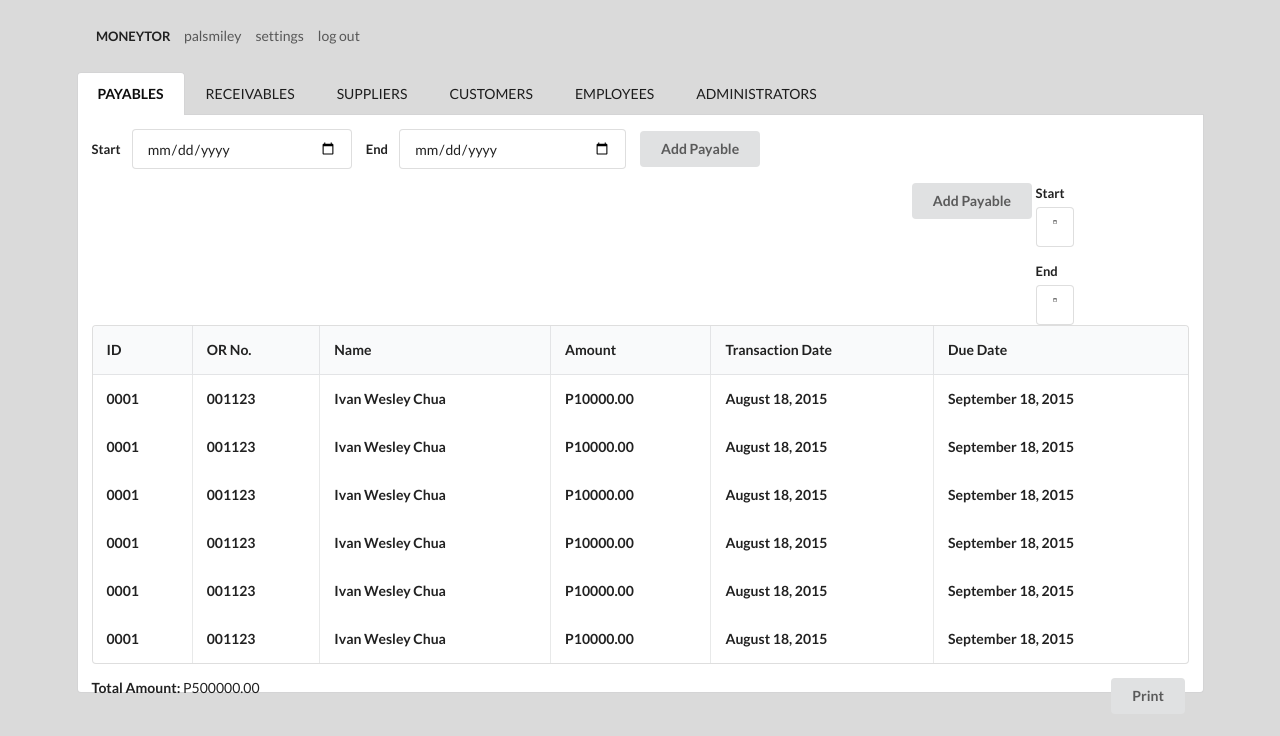
Repository: TV5/MoneyTor
Page: Workspace/MoneyTor/war/main.html
An editor plug-in stored every save of this project. The page is shown before and after the next save, followed by the edit.
The browser window is 1280 px wide. The pictures show the whole page.

Above is the page before, as saved 2015-08-18 10:14:54.

### Workspace/MoneyTor/war/main.html
<!DOCTYPE html>
<html>
<head>
  <!-- Standard Meta -->
  <meta charset="utf-8" />
  <meta http-equiv="X-UA-Compatible" content="IE=edge,chrome=1" />
  <meta name="viewport" content="width=device-width, initial-scale=1.0, maximum-scale=1.0">

  <!-- Site Properities -->
  <title>Main Page</title>
  <link rel="stylesheet" type="text/css" href="../dist/components/reset.css">
  <link rel="stylesheet" type="text/css" href="../dist/components/site.css">

  <link rel="stylesheet" type="text/css" href="../dist/components/container.css">
  <link rel="stylesheet" type="text/css" href="../dist/components/grid.css">
  <link rel="stylesheet" type="text/css" href="../dist/components/header.css">
  <link rel="stylesheet" type="text/css" href="../dist/components/image.css">
  <link rel="stylesheet" type="text/css" href="../dist/components/menu.css">

  <link rel="stylesheet" type="text/css" href="../dist/components/divider.css">
  <link rel="stylesheet" type="text/css" href="../dist/components/segment.css">
  <link rel="stylesheet" type="text/css" href="../dist/components/form.css">
  <link rel="stylesheet" type="text/css" href="../dist/components/input.css">
  <link rel="stylesheet" type="text/css" href="../dist/components/button.css">
  <link rel="stylesheet" type="text/css" href="../dist/components/list.css">
  <link rel="stylesheet" type="text/css" href="../dist/components/message.css">
  <link rel="stylesheet" type="text/css" href="../dist/components/icon.css">
  <link rel="stylesheet" type="text/css" href="../dist/components/tab.min.css">
  <link rel="stylesheet" type="text/css" href="../dist/components/table.min.css">
  <script src="assets/library/jquery.min.js"></script>
  <script src="../dist/components/form.js"></script>
  <script src="../dist/components/transition.js"></script>
  <script src="../dist/components/tab.min.js"></script>

  <style type="text/css">
    body {
      background-color: #DADADA;
    }
    body > .grid {
      height: 100%;
    }
    .image {
      margin-top: -100px;
    }
    .column {
      max-width: 450px;
    }
    .firstmenu {
    	padding-left: 20px;
    	padding-right: 20px;
    	padding-top: 0px;
    }
  </style>
</head>
<body>


<div class="ui container">
	<div class="ui text menu firstmenu" width="100%">
	  <div class="header item">MONEYTOR</div>
	  <a class="item">
	    palsmiley
	  </a>
	  <a class="item">
	    settings
	  </a>
	  <a class="item" style="float:right">
	    log out
	  </a>
	</div>
	<div class="ui top attached tabular menu">
	  <a class="active item">
	    PAYABLES
	  </a>
	  <a class="item">
	    RECEIVABLES
	  </a>
	  <a class="item">
	    SUPPLIERS
	  </a>
	  <a class="item">
	    CUSTOMERS
	  </a>
	  <a class="item">
	    EMPLOYEES
	  </a>
	  <a class="item">
	    ADMINISTRATORS
	  </a>
	</div>

	<div class="ui bottom attached active tab segment">
	  <div class="ui form">
	  <div class="inline fields">
	    <div class="four wide field" style="float:left">
	      <label>Start</label>
	      <input type="date">
	    </div>
	    <div class="four wide field" style="float:left">
	      <label>End</label>
	      <input type="date">
	    </div>
	    <div class="three wide feild" style="float:right">
	      <button class="ui button">Add Payable</button>
	    </div>
	  </div>
	  </div>

	  <span>
	  <div class="ui form inline fields" style="float:right">
	  <div class="four wide field" style="float:left">
	      <label>Start</label>
	      <input type="date">
	    </div>
	    <div class="four wide field" style="float:left">
	      <label>End</label>
	      <input type="date">
	    </div>
	  </div>

	    <div class="three wide feild" style="float:right">
	      <button class="ui button">Add Payable</button>
	    </div>
	  </span>



	  <table class="ui celled padded table">
	  <thead>
	    <tr>
	    <th>ID</th>
	    <th>OR No.</th>
	    <th>Name</th>
	    <th>Amount</th>
	    <th>Transaction Date</th>
	    <th>Due Date</th>
	  	</tr>
	  </thead>
	  <tbody>
	  	<tr>
	    <th>0001</th>
	    <th>001123</th>
	    <th>Ivan Wesley Chua</th>
	    <th>P10000.00</th>
	    <th>August 18, 2015</th>
	    <th>September 18, 2015</th>
	  	</tr>
	  	<tr>
	    <th>0001</th>
	    <th>001123</th>
	    <th>Ivan Wesley Chua</th>
	    <th>P10000.00</th>
	    <th>August 18, 2015</th>
	    <th>September 18, 2015</th>
	  	</tr>
	  	<tr>
	    <th>0001</th>
	    <th>001123</th>
	    <th>Ivan Wesley Chua</th>
	    <th>P10000.00</th>
	    <th>August 18, 2015</th>
	    <th>September 18, 2015</th>
	  	</tr>
	  	<tr>
	    <th>0001</th>
	    <th>001123</th>
	    <th>Ivan Wesley Chua</th>
	    <th>P10000.00</th>
	    <th>August 18, 2015</th>
	    <th>September 18, 2015</th>
	  	</tr>
	  	<tr>
	    <th>0001</th>
	    <th>001123</th>
	    <th>Ivan Wesley Chua</th>
	    <th>P10000.00</th>
	    <th>August 18, 2015</th>
	    <th>September 18, 2015</th>
	  	</tr>
	  	<tr>
	    <th>0001</th>
	    <th>001123</th>
	    <th>Ivan Wesley Chua</th>
	    <th>P10000.00</th>
	    <th>August 18, 2015</th>
	    <th>September 18, 2015</th>
	  	</tr>
	  </tbody>
	  </table>
	<span>
	  <div class="ui bottom attached text" style="float:left"><b>Total Amount: </b> P500000.00</div>
	  <button class="ui button" style="float:right">Print</button>
	</span>
	</div>
</div>

</body>

</html>

### Workspace/MoneyTor/war/dist/components/site.css
/*!
 * # Semantic UI 2.0.8 - Site
 * http://github.com/semantic-org/semantic-ui/
 *
 *
 * Copyright 2015 Contributors
 * Released under the MIT license
 * http://opensource.org/licenses/MIT
 *
 */


/*******************************
             Page
*******************************/

@import url('https://fonts.googleapis.com/css?family=Lato:400,700,400italic,700italic&subset=latin');
html,
body {
  height: 100%;
}
html {
  font-size: 14px;
}
body {
  margin: 0px;
  padding: 0px;
  overflow-x: hidden;
  min-width: 320px;
  background: #ffffff;
  font-family: 'Lato', 'Helvetica Neue', Arial, Helvetica, sans-serif;
  font-size: 14px;
  line-height: 1.4285em;
  color: rgba(0, 0, 0, 0.87);
  font-smoothing: antialiased;
}


/*******************************
             Headers
*******************************/

h1,
h2,
h3,
h4,
h5 {
  font-family: 'Lato', 'Helvetica Neue', Arial, Helvetica, sans-serif;
  line-height: 1.2857em;
  margin: calc(2rem -  0.14285em ) 0em 1rem;
  font-weight: bold;
  padding: 0em;
}
h1 {
  min-height: 1rem;
  font-size: 2rem;
}
h2 {
  font-size: 1.714rem;
}
h3 {
  font-size: 1.28rem;
}
h4 {
  font-size: 1.071rem;
}
h5 {
  font-size: 1rem;
}
h1:first-child,
h2:first-child,
h3:first-child,
h4:first-child,
h5:first-child {
  margin-top: 0em;
}
h1:last-child,
h2:last-child,
h3:last-child,
h4:last-child,
h5:last-child {
  margin-bottom: 0em;
}


/*******************************
             Text
*******************************/

p {
  margin: 0em 0em 1em;
  line-height: 1.4285em;
}
p:first-child {
  margin-top: 0em;
}
p:last-child {
  margin-bottom: 0em;
}

/*-------------------
        Links
--------------------*/

a {
  color: #4183c4;
  text-decoration: none;
}
a:hover {
  color: #1e70bf;
  text-decoration: none;
}


/*******************************
          Highlighting
*******************************/


/* Site */
::-webkit-selection {
  background-color: #cce2ff;
  color: rgba(0, 0, 0, 0.87);
}
::-moz-selection {
  background-color: #cce2ff;
  color: rgba(0, 0, 0, 0.87);
}
::selection {
  background-color: #cce2ff;
  color: rgba(0, 0, 0, 0.87);
}

/* Form */
textarea::-webkit-selection,
input::-webkit-selection {
  background-color: rgba(100, 100, 100, 0.4);
  color: rgba(0, 0, 0, 0.87);
}
textarea::-moz-selection,
input::-moz-selection {
  background-color: rgba(100, 100, 100, 0.4);
  color: rgba(0, 0, 0, 0.87);
}
textarea::selection,
input::selection {
  background-color: rgba(100, 100, 100, 0.4);
  color: rgba(0, 0, 0, 0.87);
}


/*******************************
        Global Overrides
*******************************/



/*******************************
         Site Overrides
*******************************/

### Workspace/MoneyTor/war/dist/components/container.css
/*!
 * # Semantic UI 2.0.8 - Container
 * http://github.com/semantic-org/semantic-ui/
 *
 *
 * Copyright 2015 Contributors
 * Released under the MIT license
 * http://opensource.org/licenses/MIT
 *
 */


/*******************************
            Container
*******************************/


/* All Sizes */
.ui.container {
  display: block;
  max-width: 100% !important;
}

/* Mobile */
@media only screen and (max-width: 767px) {
  .ui.container {
    width: auto;
    margin-left: 1em !important;
    margin-right: 1em !important;
  }
  .ui.grid.container {
    width: auto !important;
  }
}

/* Tablet */
@media only screen and (min-width: 768px) and (max-width: 991px) {
  .ui.container {
    width: 723px;
    margin-left: auto !important;
    margin-right: auto !important;
  }
  .ui.grid.container {
    width: calc( 723px  +  2em ) !important;
  }
}

/* Small Monitor */
@media only screen and (min-width: 992px) and (max-width: 1199px) {
  .ui.container {
    width: 933px;
    margin-left: auto !important;
    margin-right: auto !important;
  }
  .ui.grid.container {
    width: calc( 933px  +  2em ) !important;
  }
}

/* Large Monitor */
@media only screen and (min-width: 1200px) {
  .ui.container {
    width: 1127px;
    margin-left: auto !important;
    margin-right: auto !important;
  }
  .ui.grid.container {
    width: calc( 1127px  +  2em ) !important;
  }
}


/*******************************
             Types
*******************************/


/* Text Container */
.ui.text.container {
  font-family: 'Lato', 'Helvetica Neue', Arial, Helvetica, sans-serif;
  max-width: 700px !important;
  line-height: 1.5;
}
.ui.text.container {
  font-size: 1.14285714rem;
}

/* Fluid */
.ui.fluid.container {
  width: 100%;
}


/*******************************
           Variations
*******************************/

.ui[class*="left aligned"].container {
  text-align: left;
}
.ui[class*="center aligned"].container {
  text-align: center;
}
.ui[class*="right aligned"].container {
  text-align: right;
}
.ui.justified.container {
  text-align: justify;
  -webkit-hyphens: auto;
     -moz-hyphens: auto;
      -ms-hyphens: auto;
          hyphens: auto;
}


/*******************************
         Theme Overrides
*******************************/



/*******************************
         Site Overrides
*******************************/

### Workspace/MoneyTor/war/dist/components/image.css
/*!
 * # Semantic UI 2.0.8 - Image
 * http://github.com/semantic-org/semantic-ui/
 *
 *
 * Copyright 2015 Contributors
 * Released under the MIT license
 * http://opensource.org/licenses/MIT
 *
 */


/*******************************
             Image
*******************************/

.ui.image {
  position: relative;
  display: inline-block;
  vertical-align: middle;
  max-width: 100%;
  background-color: transparent;
}
img.ui.image {
  display: block;
}
.ui.image svg,
.ui.image img {
  display: block;
  max-width: 100%;
  height: auto;
}


/*******************************
            States
*******************************/

.ui.hidden.images,
.ui.hidden.image {
  display: none;
}
.ui.disabled.images,
.ui.disabled.image {
  cursor: default;
  opacity: 0.45;
}


/*******************************
          Variations
*******************************/


/*--------------
     Inline
---------------*/

.ui.inline.image,
.ui.inline.image svg,
.ui.inline.image img {
  display: inline-block;
}

/*------------------
  Vertical Aligned
-------------------*/

.ui.top.aligned.images .image,
.ui.top.aligned.image,
.ui.top.aligned.image svg,
.ui.top.aligned.image img {
  display: inline-block;
  vertical-align: top;
}
.ui.middle.aligned.images .image,
.ui.middle.aligned.image,
.ui.middle.aligned.image svg,
.ui.middle.aligned.image img {
  display: inline-block;
  vertical-align: middle;
}
.ui.bottom.aligned.images .image,
.ui.bottom.aligned.image,
.ui.bottom.aligned.image svg,
.ui.bottom.aligned.image img {
  display: inline-block;
  vertical-align: bottom;
}

/*--------------
     Rounded
---------------*/

.ui.rounded.images .image,
.ui.rounded.image,
.ui.rounded.images .image > *,
.ui.rounded.image > * {
  border-radius: 0.3125em;
}

/*--------------
    Bordered
---------------*/

.ui.bordered.images .image,
.ui.bordered.images img,
.ui.bordered.images svg,
.ui.bordered.image img,
.ui.bordered.image svg,
img.ui.bordered.image {
  border: 1px solid rgba(0, 0, 0, 0.1);
}

/*--------------
    Circular
---------------*/

.ui.circular.images,
.ui.circular.image {
  overflow: hidden;
}
.ui.circular.images .image,
.ui.circular.image,
.ui.circular.images .image > *,
.ui.circular.image > * {
  border-radius: 500rem;
}

/*--------------
     Fluid
---------------*/

.ui.fluid.images,
.ui.fluid.image,
.ui.fluid.images img,
.ui.fluid.images svg,
.ui.fluid.image svg,
.ui.fluid.image img {
  display: block;
  width: 100%;
  height: auto;
}

/*--------------
     Avatar
---------------*/

.ui.avatar.images .image,
.ui.avatar.images img,
.ui.avatar.images svg,
.ui.avatar.image img,
.ui.avatar.image svg,
.ui.avatar.image {
  margin-right: 0.25em;
  display: inline-block;
  width: 2em;
  height: 2em;
  border-radius: 500rem;
}

/*-------------------
       Spaced
--------------------*/

.ui.spaced.image {
  display: inline-block !important;
  margin-left: 0.5em;
  margin-right: 0.5em;
}
.ui[class*="left spaced"].image {
  margin-left: 0.5em;
  margin-right: 0em;
}
.ui[class*="right spaced"].image {
  margin-left: 0em;
  margin-right: 0.5em;
}

/*-------------------
       Floated
--------------------*/

.ui.floated.image,
.ui.floated.images {
  float: left;
  margin-right: 1em;
  margin-bottom: 1em;
}
.ui.right.floated.images,
.ui.right.floated.image {
  float: right;
  margin-right: 0em;
  margin-bottom: 1em;
  margin-left: 1em;
}
.ui.floated.images:last-child,
.ui.floated.image:last-child {
  margin-bottom: 0em;
}
.ui.centered.images,
.ui.centered.image {
  margin-left: auto;
  margin-right: auto;
}

/*--------------
     Sizes
---------------*/

.ui.mini.images .image,
.ui.mini.images img,
.ui.mini.images svg,
.ui.mini.image {
  width: 35px;
  height: auto;
  font-size: 0.71428571rem;
}
.ui.tiny.images .image,
.ui.tiny.images img,
.ui.tiny.images svg,
.ui.tiny.image {
  width: 80px;
  height: auto;
  font-size: 0.85714286rem;
}
.ui.small.images .image,
.ui.small.images img,
.ui.small.images svg,
.ui.small.image {
  width: 150px;
  height: auto;
  font-size: 0.92857143rem;
}
.ui.medium.images .image,
.ui.medium.images img,
.ui.medium.images svg,
.ui.medium.image {
  width: 300px;
  height: auto;
  font-size: 1rem;
}
.ui.large.images .image,
.ui.large.images img,
.ui.large.images svg,
.ui.large.image {
  width: 450px;
  height: auto;
  font-size: 1.14285714rem;
}
.ui.big.images .image,
.ui.big.images img,
.ui.big.images svg,
.ui.big.image {
  width: 600px;
  height: auto;
  font-size: 1.28571429rem;
}
.ui.huge.images .image,
.ui.huge.images img,
.ui.huge.images svg,
.ui.huge.image {
  width: 800px;
  height: auto;
  font-size: 1.42857143rem;
}
.ui.massive.images .image,
.ui.massive.images img,
.ui.massive.images svg,
.ui.massive.image {
  width: 960px;
  height: auto;
  font-size: 1.71428571rem;
}


/*******************************
              Groups
*******************************/

.ui.images {
  font-size: 0em;
  margin: 0em -0.25rem 0rem;
}
.ui.images .image,
.ui.images img,
.ui.images svg {
  display: inline-block;
  margin: 0em 0.25rem 0.5rem;
}


/*******************************
         Theme Overrides
*******************************/



/*******************************
         Site Overrides
*******************************/

### Workspace/MoneyTor/war/dist/components/divider.css
/*!
 * # Semantic UI 2.0.8 - Divider
 * http://github.com/semantic-org/semantic-ui/
 *
 *
 * Copyright 2015 Contributors
 * Released under the MIT license
 * http://opensource.org/licenses/MIT
 *
 */


/*******************************
            Divider
*******************************/

.ui.divider {
  margin: 1rem 0rem;
  line-height: 1;
  height: 0em;
  font-weight: bold;
  text-transform: uppercase;
  letter-spacing: 0.05em;
  color: rgba(0, 0, 0, 0.85);
  -webkit-user-select: none;
     -moz-user-select: none;
      -ms-user-select: none;
          user-select: none;
  -webkit-tap-highlight-color: rgba(0, 0, 0, 0);
}

/*--------------
      Basic
---------------*/

.ui.divider:not(.vertical):not(.horizontal) {
  border-top: 1px solid rgba(34, 36, 38, 0.15);
  border-bottom: 1px solid rgba(255, 255, 255, 0.1);
}

/*--------------
    Coupling
---------------*/

.ui.grid > .ui.divider {
  font-size: 1rem;
}

/*--------------
   Horizontal
---------------*/

.ui.horizontal.divider {
  display: table;
  white-space: nowrap;
  height: auto;
  margin: '';
  overflow: hidden;
  line-height: 1;
  text-align: center;
}
.ui.horizontal.divider:before,
.ui.horizontal.divider:after {
  content: '';
  display: table-cell;
  position: relative;
  top: 50%;
  width: 50%;
  background-repeat: no-repeat;
}
.ui.horizontal.divider:before {
  background-position: right 1em top 50%;
}
.ui.horizontal.divider:after {
  background-position: left 1em top 50%;
}

/*--------------
    Vertical
---------------*/

.ui.vertical.divider {
  position: absolute;
  z-index: 2;
  top: 50%;
  left: 50%;
  margin: 0rem;
  padding: 0em;
  width: auto;
  height: 50%;
  line-height: 0em;
  text-align: center;
  -webkit-transform: translateX(-50%);
      -ms-transform: translateX(-50%);
          transform: translateX(-50%);
}
.ui.vertical.divider:before,
.ui.vertical.divider:after {
  position: absolute;
  left: 50%;
  content: '';
  z-index: 3;
  border-left: 1px solid rgba(34, 36, 38, 0.15);
  border-right: 1px solid rgba(255, 255, 255, 0.1);
  width: 0%;
  height: calc(100% -  1rem );
}
.ui.vertical.divider:before {
  top: -100%;
}
.ui.vertical.divider:after {
  top: auto;
  bottom: 0px;
}

/* Inside grid */
@media only screen and (max-width: 767px) {
  .ui.stackable.grid .ui.vertical.divider,
  .ui.grid .stackable.row .ui.vertical.divider {
    display: table;
    white-space: nowrap;
    height: auto;
    margin: '';
    overflow: hidden;
    line-height: 1;
    text-align: center;
    position: static;
    top: 0;
    left: 0;
    -webkit-transform: none;
        -ms-transform: none;
            transform: none;
  }
  .ui.stackable.grid .ui.vertical.divider:before,
  .ui.grid .stackable.row .ui.vertical.divider:before,
  .ui.stackable.grid .ui.vertical.divider:after,
  .ui.grid .stackable.row .ui.vertical.divider:after {
    position: static;
    left: 0;
    border-left: none;
    border-right: none;
    content: '';
    display: table-cell;
    position: relative;
    top: 50%;
    width: 50%;
    background-repeat: no-repeat;
  }
  .ui.stackable.grid .ui.vertical.divider:before,
  .ui.grid .stackable.row .ui.vertical.divider:before {
    background-position: right 1em top 50%;
  }
  .ui.stackable.grid .ui.vertical.divider:after,
  .ui.grid .stackable.row .ui.vertical.divider:after {
    background-position: left 1em top 50%;
  }
}

/*--------------
      Icon
---------------*/

.ui.divider > .icon {
  margin: 0rem;
  font-size: 1rem;
  height: 1em;
  vertical-align: middle;
}


/*******************************
          Variations
*******************************/


/*--------------
    Hidden
---------------*/

.ui.hidden.divider {
  border-color: transparent !important;
}
.ui.hidden.divider:before,
.ui.hidden.divider:after {
  display: none;
}

/*--------------
    Inverted
---------------*/

.ui.divider.inverted,
.ui.vertical.inverted.divider,
.ui.horizontal.inverted.divider {
  color: #ffffff;
}
.ui.divider.inverted,
.ui.divider.inverted:after,
.ui.divider.inverted:before {
  border-top-color: rgba(34, 36, 38, 0.15) !important;
  border-left-color: rgba(34, 36, 38, 0.15) !important;
  border-bottom-color: rgba(255, 255, 255, 0.15) !important;
  border-right-color: rgba(255, 255, 255, 0.15) !important;
}

/*--------------
    Fitted
---------------*/

.ui.fitted.divider {
  margin: 0em;
}

/*--------------
    Clearing
---------------*/

.ui.clearing.divider {
  clear: both;
}

/*--------------
    Section
---------------*/

.ui.section.divider {
  margin-top: 2rem;
  margin-bottom: 2rem;
}

/*--------------
     Sizes
---------------*/

.ui.divider {
  font-size: 1rem;
}


/*******************************
         Theme Overrides
*******************************/

.ui.horizontal.divider:before,
.ui.horizontal.divider:after {
  background-image: url('data:[embedded picture, 1302 characters]');
}
@media only screen and (max-width: 767px) {
  .ui.stackable.grid .ui.vertical.divider:before,
  .ui.grid .stackable.row .ui.vertical.divider:before,
  .ui.stackable.grid .ui.vertical.divider:after,
  .ui.grid .stackable.row .ui.vertical.divider:after {
    background-image: url('data:[embedded picture, 1302 characters]');
  }
}


/*******************************
         Site Overrides
*******************************/

Loaded but not shown: Workspace/MoneyTor/war/dist/components/tab.min.css (common file); Workspace/MoneyTor/war/dist/components/table.min.css (library); Workspace/MoneyTor/war/assets/library/jquery.min.js (library); Workspace/MoneyTor/war/dist/components/tab.min.js (library); Workspace/MoneyTor/war/dist/components/form.js (1308 lines, source omitted); Workspace/MoneyTor/war/dist/components/transition.js (1072 lines, source omitted); Workspace/MoneyTor/war/dist/components/button.css (3230 lines, source omitted); Workspace/MoneyTor/war/dist/components/grid.css (1879 lines, source omitted); Workspace/MoneyTor/war/dist/components/icon.css (2601 lines, source omitted); Workspace/MoneyTor/war/dist/components/menu.css (1891 lines, source omitted); Workspace/MoneyTor/war/dist/components/form.css (994 lines, source omitted); Workspace/MoneyTor/war/dist/components/list.css (923 lines, source omitted); Workspace/MoneyTor/war/dist/components/segment.css (751 lines, source omitted); Workspace/MoneyTor/war/dist/components/header.css (721 lines, source omitted); Workspace/MoneyTor/war/dist/components/input.css (486 lines, source omitted); Workspace/MoneyTor/war/dist/components/message.css (462 lines, source omitted); Workspace/MoneyTor/war/dist/components/reset.css (423 lines, source omitted)

After the next save:
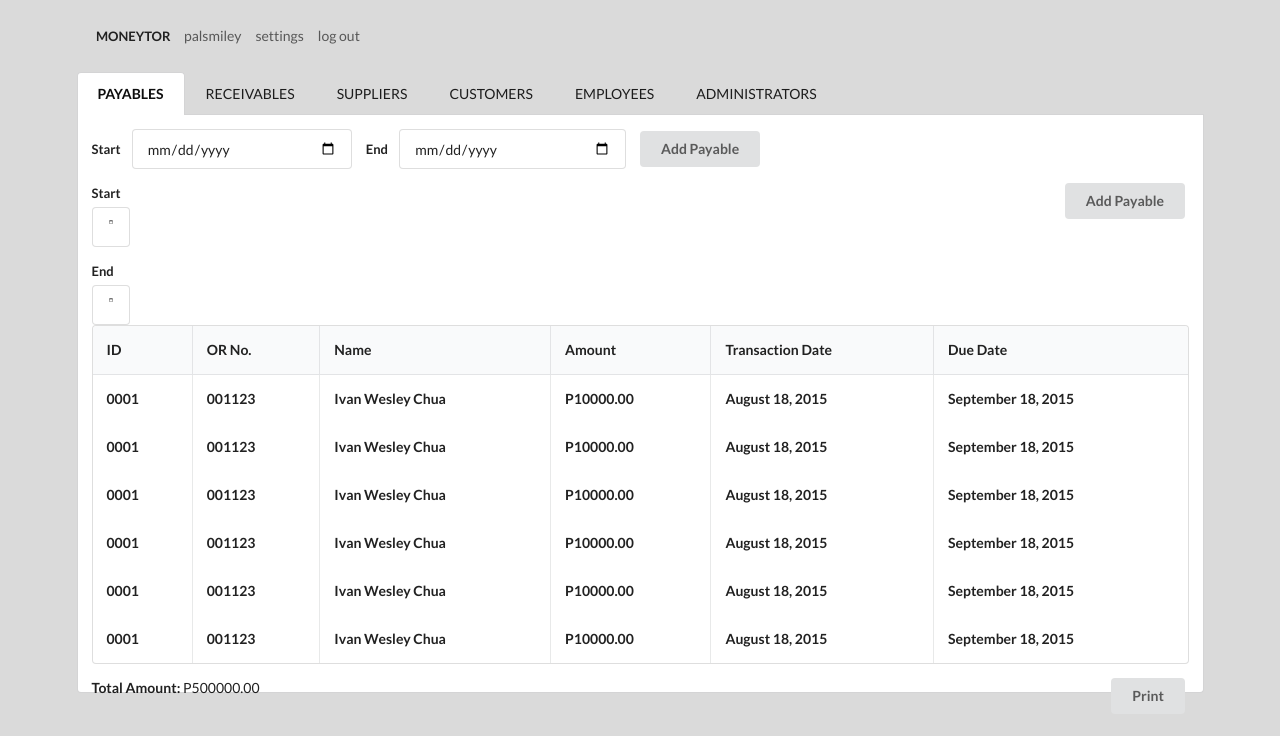
Saved 5 s later.
--- a/Workspace/MoneyTor/war/main.html
+++ b/Workspace/MoneyTor/war/main.html
@@ -107,7 +107,7 @@
 	  </div>
 
 	  <span>
-	  <div class="ui form inline fields" style="float:right">
+	  <div class="ui form inline fields" style="float:left">
 	  <div class="four wide field" style="float:left">
 	      <label>Start</label>
 	      <input type="date">
